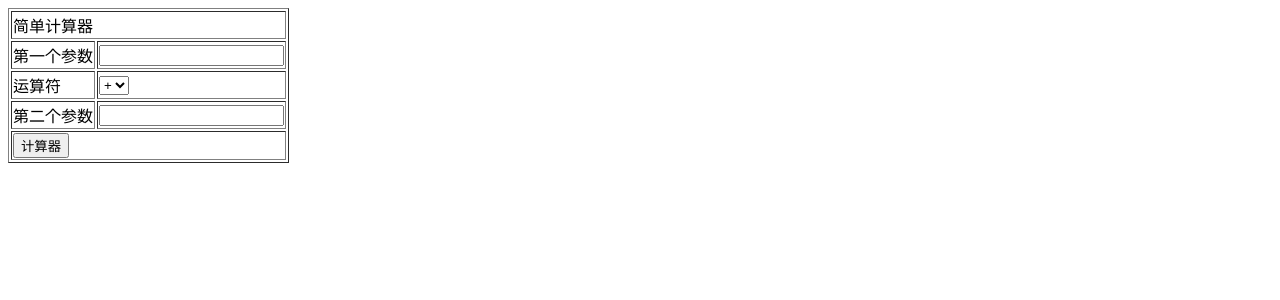
Repository: wsws1996/myproject
Page: http://localhost/day09/calculator.jsp
An editor plug-in stored every save of this project. The page is shown before and after the next save, followed by the edit.
The browser window is 1280 px wide. The pictures show the whole page.
The page is served by Tomcat 9. Other server files are loaded and not shown.

Above is the page before, as saved 2015-11-16 15:08:22.

### java/workspace/day09/WebRoot/calculator.jsp
<%@ page language="java" import="java.util.*" pageEncoding="UTF-8"%>

<!DOCTYPE HTML PUBLIC "-//W3C//DTD HTML 4.01 Transitional//EN">
<html>
<head>

<title>计算器</title>

</head>

<body style="text-align: center;">
	<table border="1">
		<tr>
			<td colspan="2">简单计算器</td>
		</tr>
		<tr>
			<td>第一个参数</td>
			<td><input type="text" name="firstNum"></td>
		</tr>
		<tr>
			<td>运算符</td>
			<td><select name="operator">
					<option value="+">+</option>
					<option value="-">-</option>
					<option value="*">*</option>
					<option value="/">/</option>
			</select></td>
		</tr>
		<tr>
			<td>第二个参数</td>
			<td>
				<input type="text"name="secondNum">
			</td>
		</tr>
		<tr>
			<td colspan="2">
				<input type="submit" value="计算器">
			</td>
		</tr>
	</table>
</body>
</html>

After the next save:
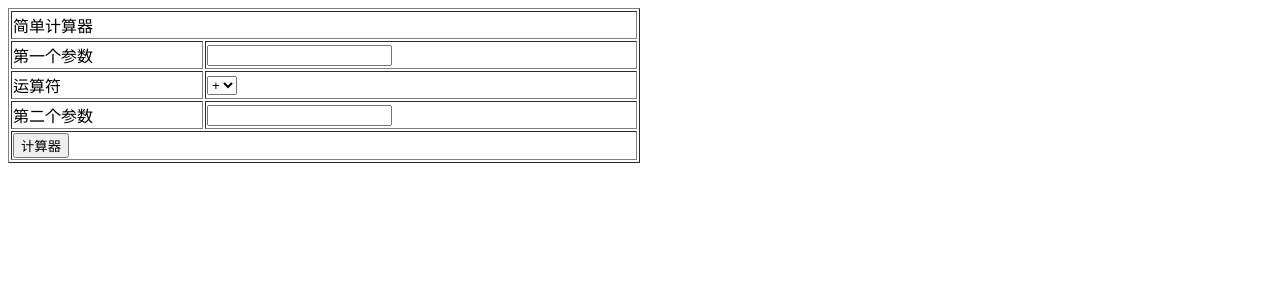
Saved 19 s later.
--- a/java/workspace/day09/WebRoot/calculator.jsp
+++ b/java/workspace/day09/WebRoot/calculator.jsp
@@ -9,7 +9,7 @@
 </head>
 
 <body style="text-align: center;">
-	<table border="1">
+	<table border="1" width="50%">
 		<tr>
 			<td colspan="2">简单计算器</td>
 		</tr>
